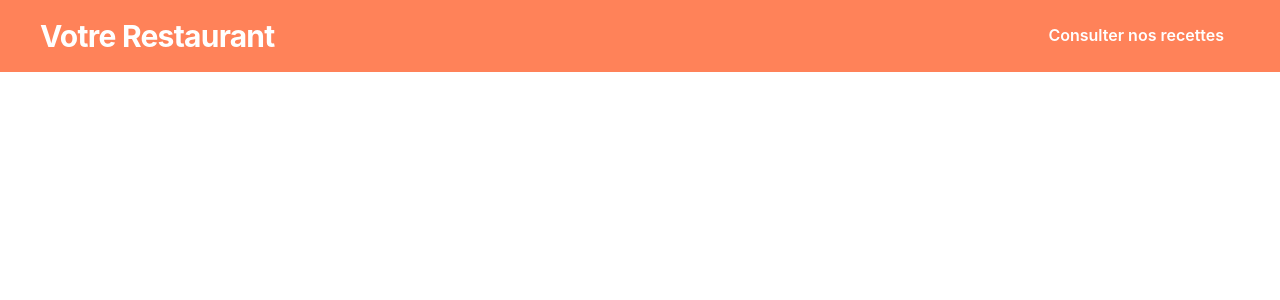
Repository: Ecaron76/tp-restau-next
Page: /
An editor plug-in stored every save of this project. The page is shown before and after the next save, followed by the edit.
The browser window is 1280 px wide. The pictures show the whole page.
The project was rebuilt for these pictures with package versions that can differ from the ones it lists, and the page was loaded fresh each time. The framework's server and built-in components were replaced by stand-ins that run in the browser. Also part of the build but not shown: next.config.mjs.

Above is the page before, as saved 2024-02-25 18:04:43.

### src/app/layout.tsx
'use client'

import { Inter } from "next/font/google";
import "./globals.css";
import { ChakraProvider, extendTheme  } from '@chakra-ui/react'
import Header from "@/components/Header/Header";
const theme = extendTheme({
  colors: {
    brand: {
      50: '#ffeee6',
      100: '#ffc7b7',
      200: '#ffa788',
      300: '#ff8259',
      400: '#ff5b29',
      500: '#ff3300',
      600: '#cc2900',
      700: '#991f00',
      800: '#661600',
      900: '#330c00',
    },
  },
});



export function Providers({ children }: { children: React.ReactNode }) {
  return <ChakraProvider theme={theme}>{children}</ChakraProvider>
}

export default function RootLayout({
  children,
}: Readonly<{
  children: React.ReactNode;
}>) {
  return (
    <html lang="en">
      <body>

        <Providers>{children}</Providers>
      </body>
    </html>
  );
}

### src/app/page.tsx
import Image from "next/image";

import Header from "@/components/Header/Header";

export default function Home() {
  return (
    <main >
      <Header />
    </main>
  );
}

### src/app/globals.css
:root {
  --max-width: 1100px;
  --border-radius: 12px;
  --font-mono: ui-monospace, Menlo, Monaco, "Cascadia Mono", "Segoe UI Mono",
    "Roboto Mono", "Oxygen Mono", "Ubuntu Monospace", "Source Code Pro",
    "Fira Mono", "Droid Sans Mono", "Courier New", monospace;

  --foreground-rgb: 0, 0, 0;
  --background-start-rgb: 214, 219, 220;
  --background-end-rgb: 255, 255, 255;

  --primary-glow: conic-gradient(
    from 180deg at 50% 50%,
    #16abff33 0deg,
    #0885ff33 55deg,
    #54d6ff33 120deg,
    #0071ff33 160deg,
    transparent 360deg
  );
  --secondary-glow: radial-gradient(
    rgba(255, 255, 255, 1),
    rgba(255, 255, 255, 0)
  );

  --tile-start-rgb: 239, 245, 249;
  --tile-end-rgb: 228, 232, 233;
  --tile-border: conic-gradient(
    #00000080,
    #00000040,
    #00000030,
    #00000020,
    #00000010,
    #00000010,
    #00000080
  );

  --callout-rgb: 238, 240, 241;
  --callout-border-rgb: 172, 175, 176;
  --card-rgb: 180, 185, 188;
  --card-border-rgb: 131, 134, 135;
}

@media (prefers-color-scheme: dark) {
  :root {
    --foreground-rgb: 255, 255, 255;
    --background-start-rgb: 0, 0, 0;
    --background-end-rgb: 0, 0, 0;

    --primary-glow: radial-gradient(rgba(1, 65, 255, 0.4), rgba(1, 65, 255, 0));
    --secondary-glow: linear-gradient(
      to bottom right,
      rgba(1, 65, 255, 0),
      rgba(1, 65, 255, 0),
      rgba(1, 65, 255, 0.3)
    );

    --tile-start-rgb: 2, 13, 46;
    --tile-end-rgb: 2, 5, 19;
    --tile-border: conic-gradient(
      #ffffff80,
      #ffffff40,
      #ffffff30,
      #ffffff20,
      #ffffff10,
      #ffffff10,
      #ffffff80
    );

    --callout-rgb: 20, 20, 20;
    --callout-border-rgb: 108, 108, 108;
    --card-rgb: 100, 100, 100;
    --card-border-rgb: 200, 200, 200;
  }
}

* {
  box-sizing: border-box;
  padding: 0;
  margin: 0;
}

html,
body {

  overflow-x: hidden;
}

body {
  color: rgb(var(--foreground-rgb));
  background: linear-gradient(
      to bottom,
      transparent,
      rgb(var(--background-end-rgb))
    )
    rgb(var(--background-start-rgb));
}

a {
  color: inherit;
  text-decoration: none;
}

@media (prefers-color-scheme: dark) {
  html {
    color-scheme: dark;
  }
}

### src/components/Header/Header.tsx
import { Box, Flex, Heading, Spacer, Button } from '@chakra-ui/react';
import NextLink from 'next/link'; // Pour gérer la navigation entre les pages

const Header = () => {
  return (
    <Box bg="brand.300" p={4} color="white">
      <Flex alignItems="center" maxW="1200px" mx="auto">
        {/* Logo ou Nom du restaurant */}
        <Heading as="h1" size="lg" letterSpacing="tight">
          <NextLink href="/" passHref>

              Votre Restaurant

          </NextLink>
        </Heading>

        <Spacer />

        {/* Liens de navigation */}
        <Box>
          <NextLink href="/recettes" passHref>
            <Button  variant="ghost" color={'white'}>
              Consulter nos recettes
            </Button>
          </NextLink>
        </Box>
      </Flex>
    </Box>
  );
};

export default Header;

After the next save:
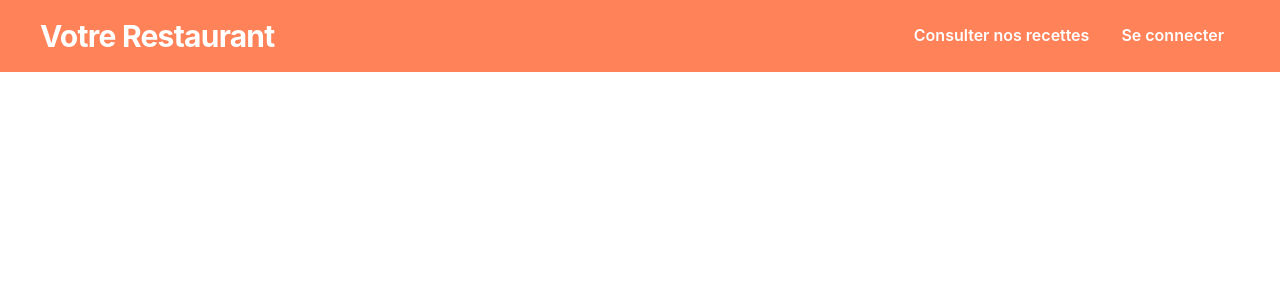
Saved 38 s later.
--- a/src/components/Header/Header.tsx
+++ b/src/components/Header/Header.tsx
@@ -24,6 +24,13 @@ const Header = () => {
             </Button>
           </NextLink>
         </Box>
+        <Box>
+          <NextLink href="/login" passHref>
+            <Button  variant="ghost" color={'white'}>
+              Se connecter
+            </Button>
+          </NextLink>
+        </Box>
       </Flex>
     </Box>
   );
